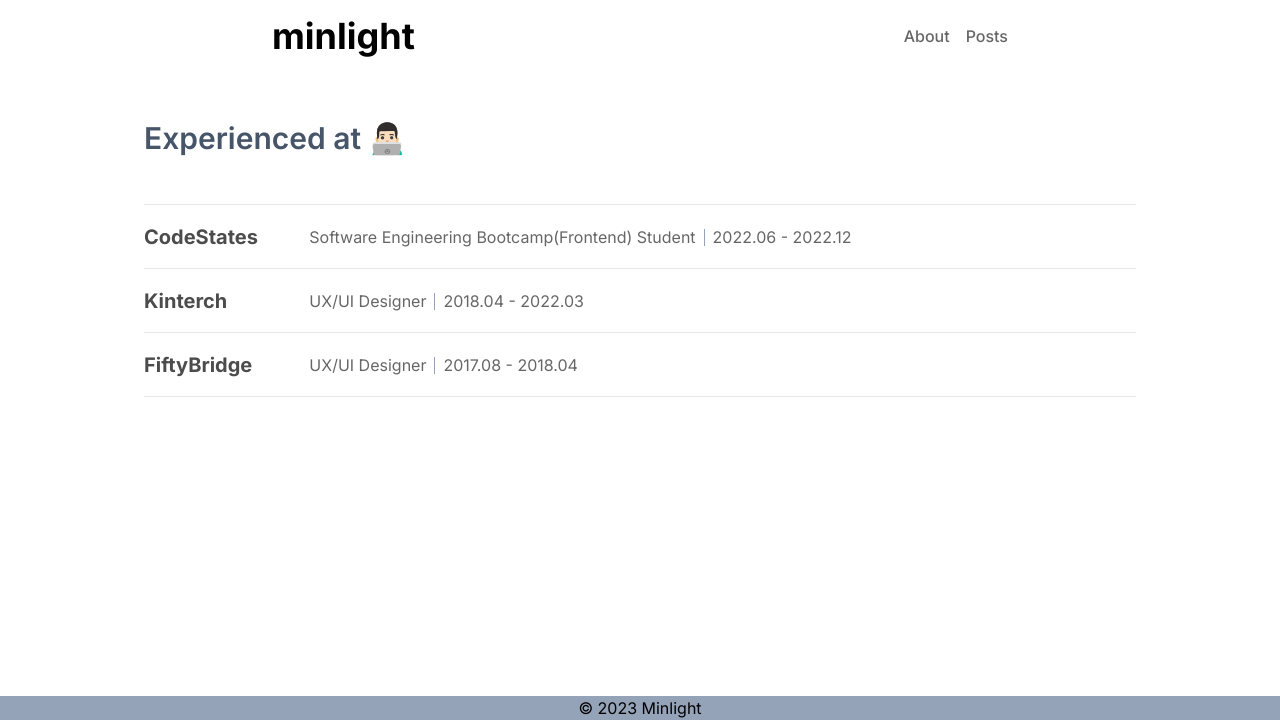
Repository: kwngmin/minlight-blog
Page: /about
These files come from the project's save history. The page is drawn as it stood at one moment and after the next save; the edit follows.
The browser window is 1280 px wide. The pictures show the whole page.
The project was rebuilt for these pictures with package versions that can differ from the ones it lists, and the page was loaded fresh each time. The framework's server and built-in components were replaced by stand-ins that run in the browser. Also part of the build but not shown: next.config.js.

Above is the page before, as saved 2023-04-01 21:59:31.

After the next save:
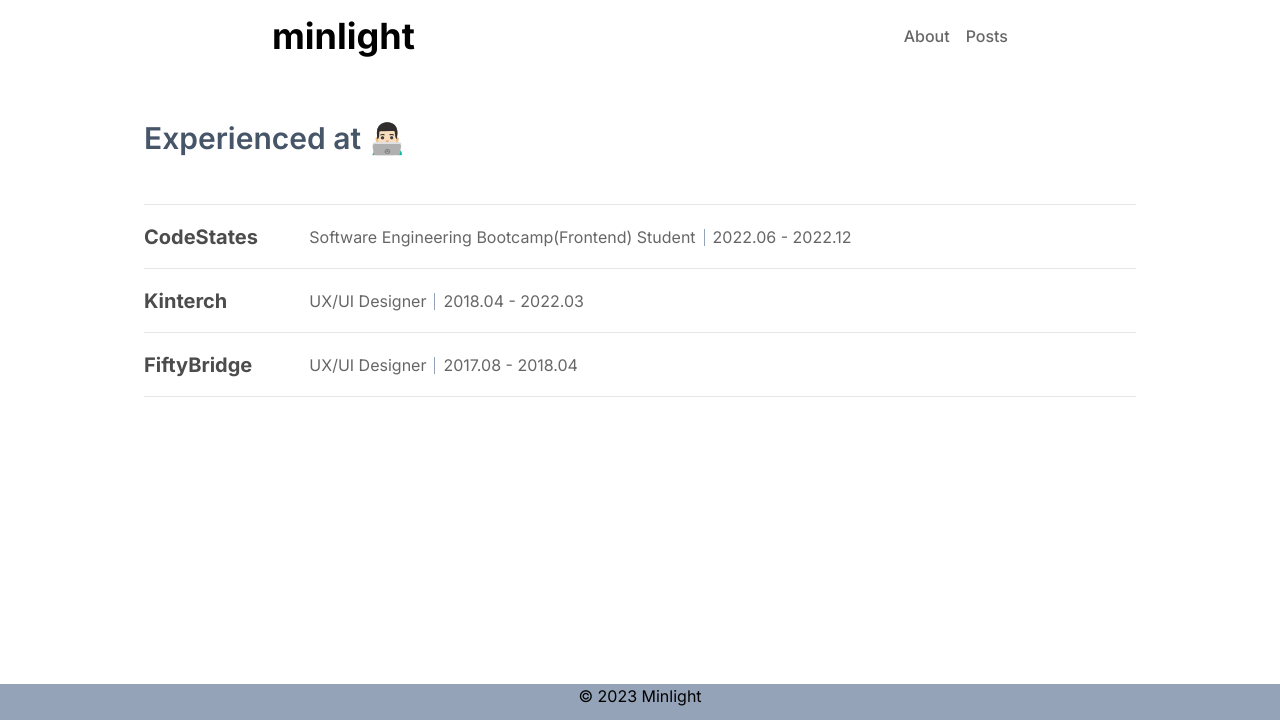
Saved 32 s later.
--- a/src/components/Footer.tsx
+++ b/src/components/Footer.tsx
@@ -1,3 +1,3 @@
 export default function Footer() {
-  return <p className="bg-slate-400 text-center">© 2023 Minlight</p>;
+  return <p className="bg-slate-400 text-center h-9">© 2023 Minlight</p>;
 }
